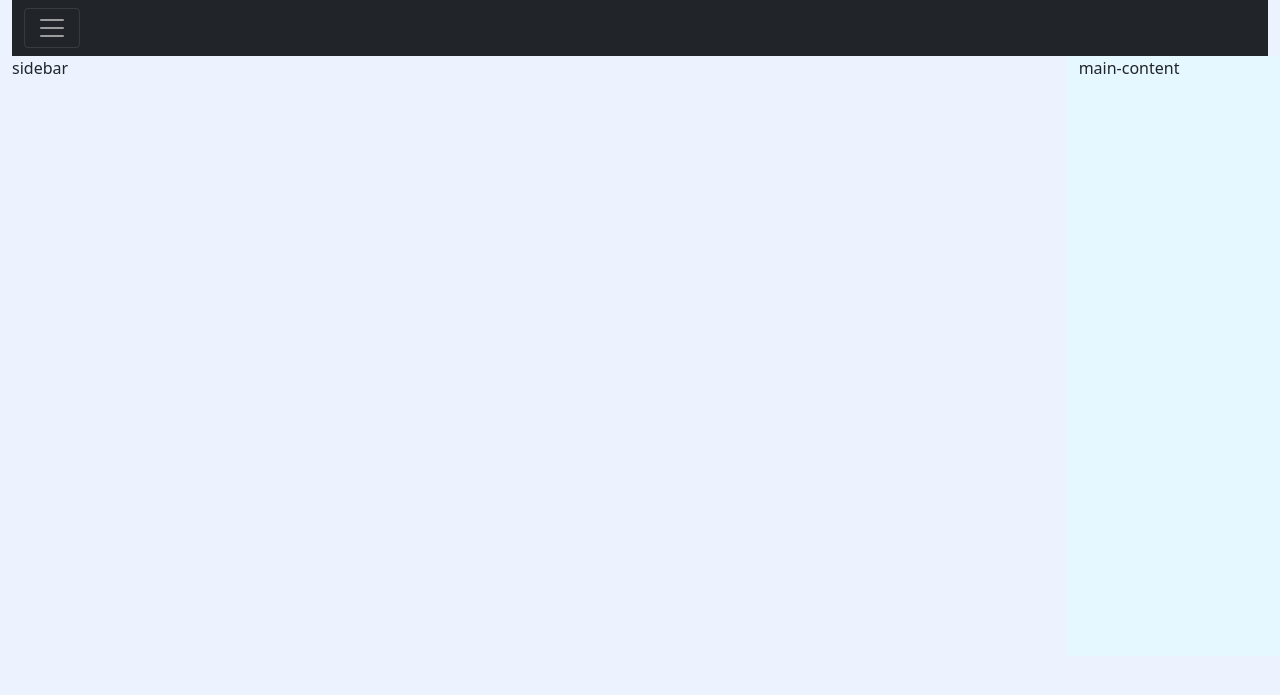
Repository: Dayvid0/BOOTSTRAP-TUTORIALS
Page: cosmos.example.html
These files come from the project's save history. The page is drawn as it stood at one moment and after the next save; the edit follows.
The browser window is 1280 px wide. The pictures show the whole page.

Above is the page before, as saved 2025-01-29 09:00:53.

After the next save:
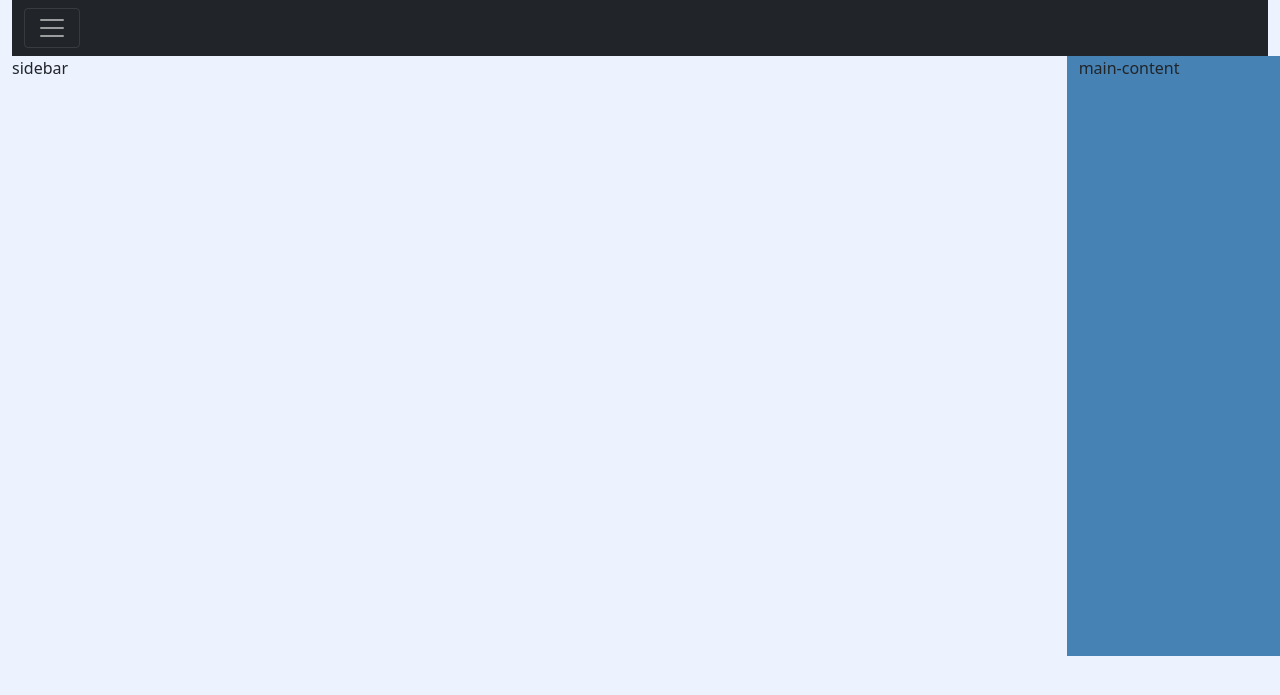
Saved 41 s later.
--- a/cosmos.example.html
+++ b/cosmos.example.html
@@ -12,7 +12,7 @@
         background-color: #ecf3ff;
       }
       .main-content {
-        background-color: #e5f7ff ;
+        background-color: #4682b4 ;
         min-height: 600px;
       }
     </style>
